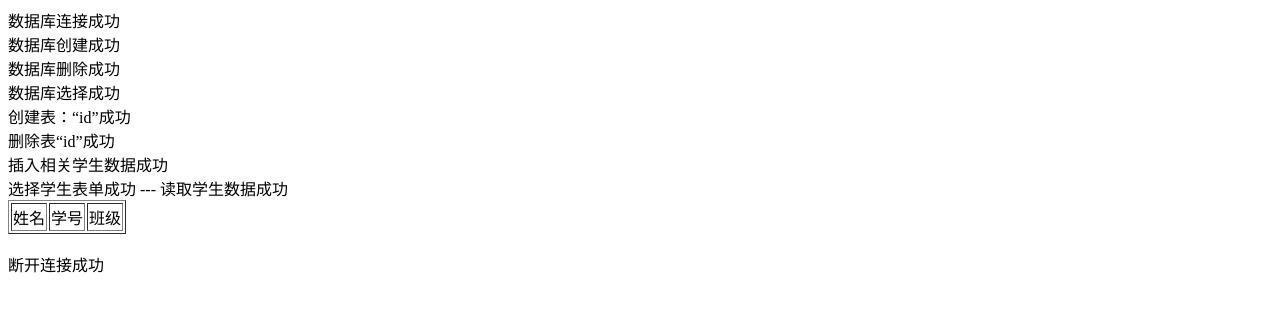
Repository: ZxxWs/P_M_learn
Page: http://localhost/
The author's editor kept a copy of each file at every save. The page is drawn from the files as they stood at one save, then again after the next save.
The browser window is 1280 px wide. The pictures show the whole page.
The page is run by PHP 8.4 with error messages shown; the project is at /var/www/html/. Queries for data that is not in the repository find no rows.

Above is the page before, as saved 2019-03-19 11:07:53.

### Mysql_learn/index.php
<?php

//MySQL在PHP中的方法：mysqli_function(value,value1....)

//************************************************************
//连接MySQL：
$host='localhost:3306';                    //可选，主机名|IP
$username='root';          //可选，MySQL用户名
$password;          //可选，MySQL密码
$dbname;            //可选，默认数据库
$port;                  //端口号
$socket;            //规定socket
$conn=mysqli_connect($host,$username);
//mysqli_close($link);//关闭与于数据库的连接
if($conn)
    echo "数据库连接成功";
echo "<br />";

//************************************************************
//创建数据库
$create="create database phpcreat";
$createdatabase=mysqli_query($conn, $create);
if($createdatabase)
    echo "数据库创建成功";
else{
    die('连接失败: ' . mysqli_error($conn));
}
echo "<br />";

//删除数据库
$drop="drop database phpcreat";
$drop=mysqli_query($conn, $drop);
if($drop)
    echo "数据库删除成功";
else{
    die('连接失败: ' . mysqli_error($conn));
}
echo "<br />";


//************************************************************
//选择数据库
$dbname="test";
$select=mysqli_select_db($conn, $dbname);
if($select)
    echo "数据库选择成功";
    else{
        die('连接失败: ' . mysqli_error($conn));
    }
echo "<br />";


//************************************************************
//创建表
$table="create table phptable(id int)";
$createtable=mysqli_query($conn, $table);
if($createtable)
    echo "创建表：“id”成功";
else{
    die('连接失败: ' . mysqli_error($conn));
}
echo "<br />";

//删除表
$droptable="drop table phptable";
$droptablea=mysqli_query($conn, $droptable);
if($droptablea)
    echo "删除表“id”成功";
echo "<br/>";


//***********************
// 设置编码，防止中文乱码
mysqli_query($conn , "set names utf8");
//***********************
//向表中插入数据————>students:name,num,class
$stuname="吴霜";
$stunum=1707004101;
$stuclass=17070144;
$sqldata="insert into students".
         "(name,num,class)".
         "values".
         "('$stuname','$stunum','$stuclass')";
$into=mysqli_query($conn, $sqldata);
if($into)
    echo "插入相关学生数据成功";
    echo "<br/>";


//***********************************************************
//读取数据库
//读取数据库的方式多种多样
$readdata='select name,num,class from students';
$selecttable=mysqli_select_db($conn, 'test');//选择表
if($selecttable)
    echo "选择学生表单成功";
    echo "  ---  \0";
$readendl=mysqli_query($conn, $readdata);
if($readendl)
    echo "读取学生数据成功";
    echo "<br/>";

echo '<table border="1"><td>姓名</td><td>学号</td><td>班级</td></tr>';
while($whilee=mysqli_fetch_array($readendl,MYSQLI_ASSOC)){//每次读取的数据会复制给$whilee
    echo "<tr><td>{$whilee['name']}</td>".                //参数MYSQLI_ASSOC查询结果返回关联数据
        "<td>{$whilee['num']}</td>".
        "<td>{$whilee['class']}</td>".
        "</tr>";
}
echo '</table>'."<br/>";


 //释放内存
mysqli_free_result($readendl);
$close=mysqli_close($conn);
if($close)
    echo "断开连接成功";

After the next save:
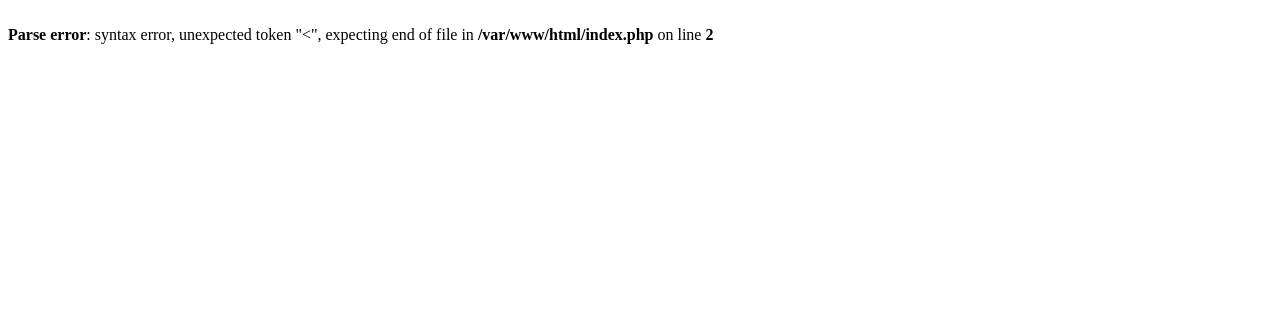
Saved 7 min 24 s later.
--- a/Mysql_learn/index.php
+++ b/Mysql_learn/index.php
@@ -1,5 +1,5 @@
 <?php
-
+<meta charset="utf-8"/>;
 //MySQL在PHP中的方法：mysqli_function(value,value1....)
 
 //************************************************************

After the save that followed:
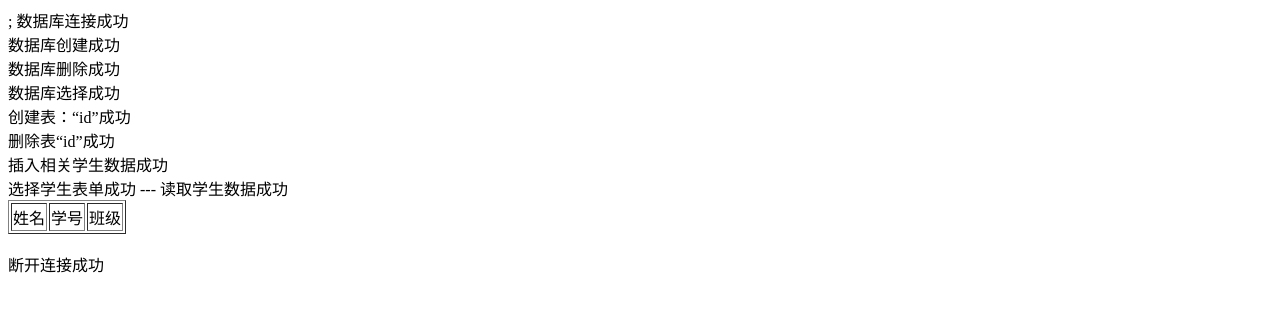
Saved 2 min 12 s later.
--- a/Mysql_learn/index.php
+++ b/Mysql_learn/index.php
@@ -1,5 +1,7 @@
+
+<meta charset="utf-8"/>;
 <?php
-<meta charset="utf-8"/>;
+
 //MySQL在PHP中的方法：mysqli_function(value,value1....)
 
 //************************************************************
